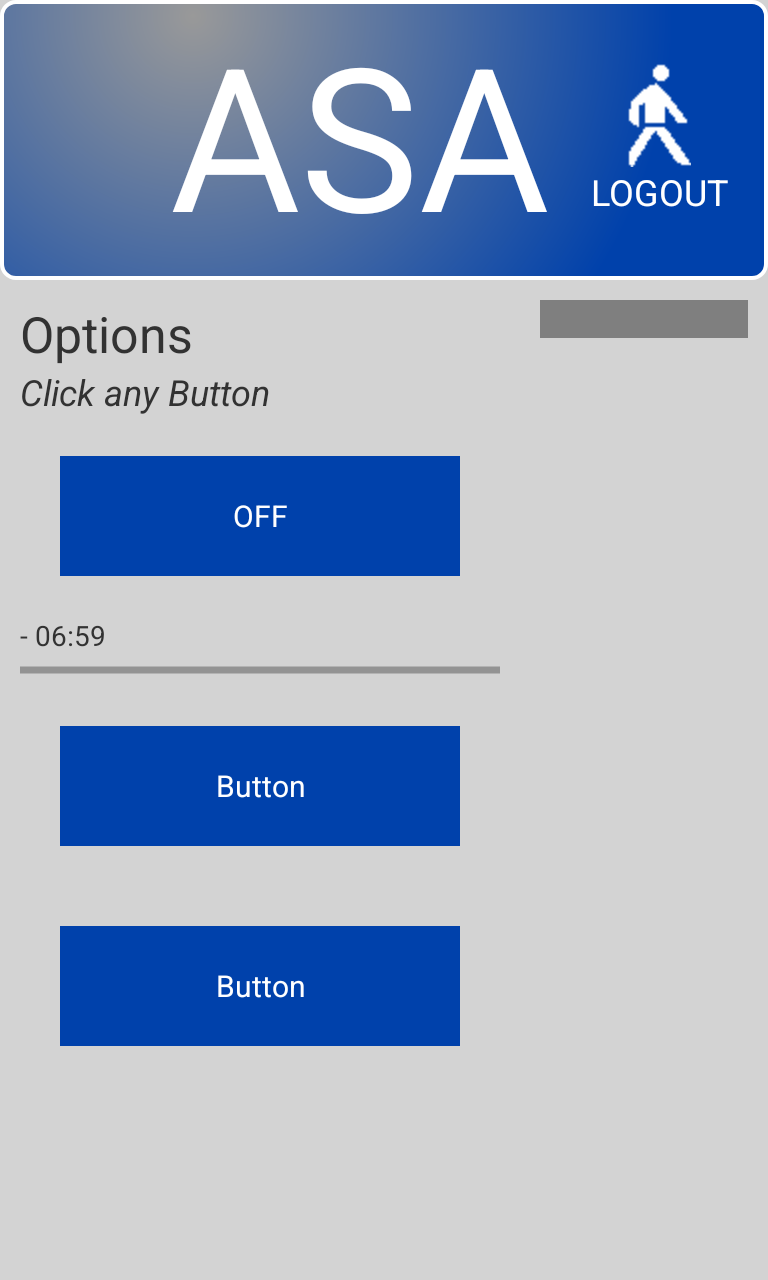
Repository: vinnare89/ASA
Layout: ASA/res/layout/asa_layout.xml
An editor plug-in stored every save of this project. The layout is shown before and after a run of saves, followed by the edit.
Pictures or frames that could not be fetched are drawn as grey boxes. It is drawn on a 768 x 1280 px phone screen (xhdpi) without system bars, with theme AppTheme; the app's code is not run.

Above is the layout before, as saved 2013-12-28 18:04:52.

After the next 2 saves:
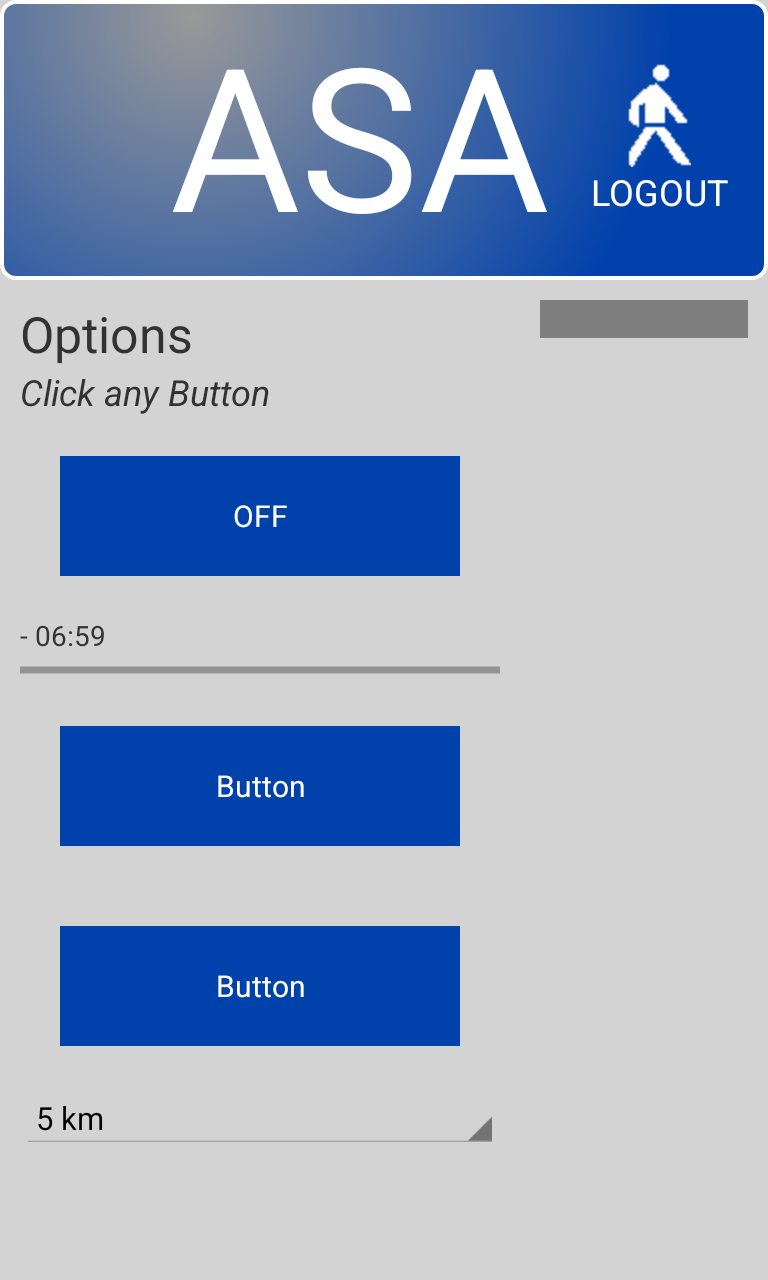
The 2 saves are shown as one change because 1 did not build or start.
The last was saved 38 s later.
--- a/ASA/res/layout/asa_layout.xml
+++ b/ASA/res/layout/asa_layout.xml
@@ -68,8 +68,8 @@
                 android:textStyle="italic" />
 
             <ToggleButton
+                android:id="@+id/asa_control_time_toggle_button"
                 style="@style/AsaControlButton"
-                android:id="@+id/asa_control_time_toggle_button"
                 android:layout_width="wrap_content"
                 android:layout_height="wrap_content"
                 android:text="ToggleButton" />
@@ -89,19 +89,25 @@
                 android:layout_gravity="center_horizontal" />
 
             <Button
+                android:id="@+id/button1"
                 style="@style/AsaControlButton"
-                android:id="@+id/button1"
                 android:layout_width="wrap_content"
                 android:layout_height="wrap_content"
                 android:text="Button" />
 
             <Button
+                android:id="@+id/button2"
                 style="@style/AsaControlButton"
-                android:id="@+id/button2"
                 android:layout_width="wrap_content"
                 android:layout_height="wrap_content"
                 android:text="Button" />
 
+            <Spinner
+                android:id="@+id/distance_spinner"
+                android:layout_width="match_parent"
+                android:layout_height="wrap_content"
+                android:entries="@array/distance_array"
+                android:prompt="@string/distance_prompt" />
         </LinearLayout>
 
         <LinearLayout
